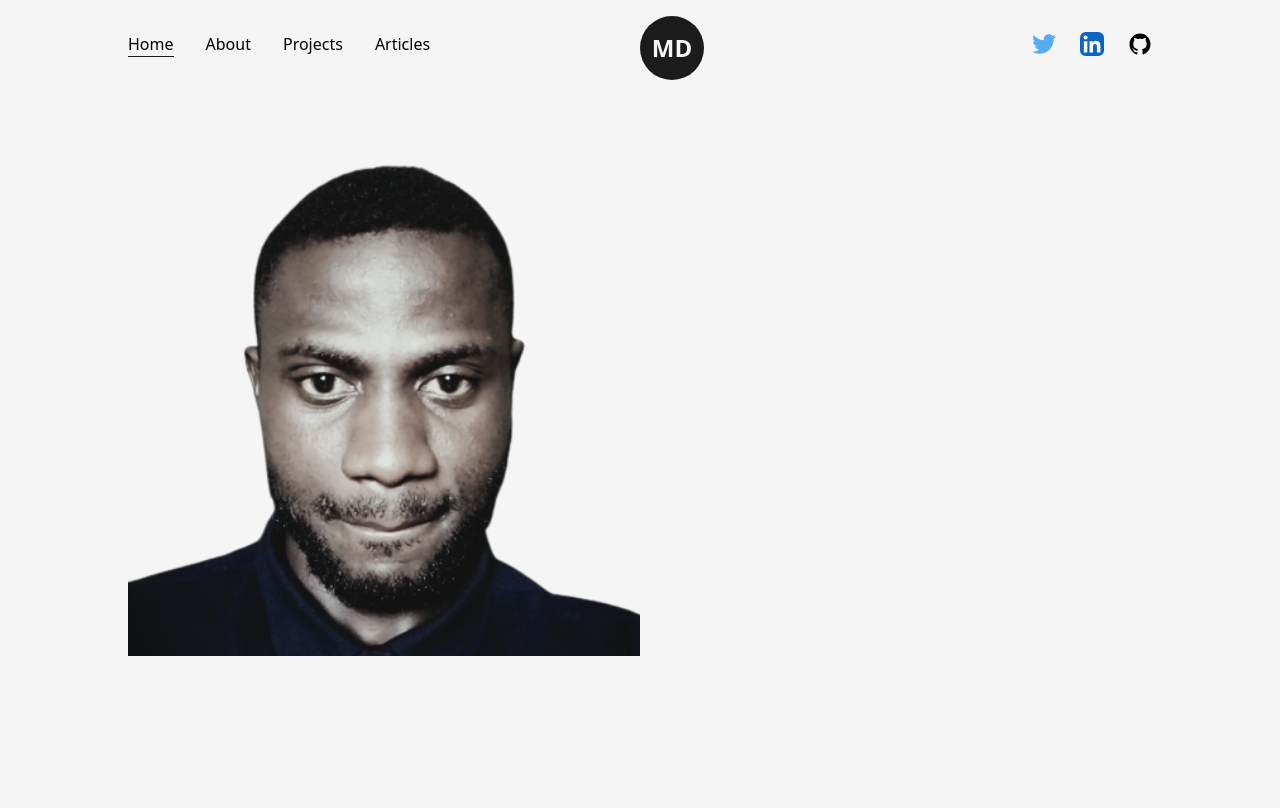
Repository: marcusdashe/situs
Page: /
These files come from the project's save history. The page is drawn as it stood at one moment and after the next save; the edit follows.
The browser window is 1280 px wide. The pictures show the whole page.
The project was rebuilt for these pictures with package versions that can differ from the ones it lists, and the page was loaded fresh each time. The framework's server and built-in components were replaced by stand-ins that run in the browser.

Above is the page before, as saved 2023-06-15 17:20:55.

### src/pages/_app.js
import Navbar from "@/components/Navbar";
import "@/styles/globals.css";
import Head from "next/head";
// import { IBM_Plex_Sans } from "next/font/google";

// const ibm = IBM_Plex_Sans({
//   subsets: ["latin"],
//   variable: "--font-mont",
// });

export default function App({ Component, pageProps }) {
  return (
    <>
      <Head>
        <meta name="viewport" content="width=device-width, initial-scale=1" />
        <link rel="icon" href="/favicon.ico" />
      </Head>
      <main className={`  bg-light w-full min-h-screen`}>
        <Navbar />
        <Component {...pageProps} />
      </main>
    </>
  );
}

### src/pages/index.js
import Head from "next/head";
import Image from "next/image";
import { Inter } from "next/font/google";
import Layout from "@/components/Layout";
import profilePic from "../../public/images/profile/developer-pic-4.png";

const inter = Inter({ subsets: ["latin"] });

export default function Home() {
  return (
    <>
      <Head>
        <title>Marcus Dashe | Portfolio</title>
        <meta name="description" content="Generated by create next app" />
      </Head>
      <main className="flex items-center text-dark w-full min-h-screen">
        <Layout className="pt-0">
          <div className=" w-full flex items-center justify-between">
            <div className="w-1/2">
              <Image
                src={profilePic}
                alt="Marcus Dashe"
                className="w-full h-auto"
              />
            </div>
          </div>
        </Layout>
      </main>
    </>
  );
}

### src/components/Navbar.jsx
import React from "react";
import { useRouter } from "next/router";
import Link from "next/link";
import Logo from "./Logo";
import { TwitterIcon, GithubIcon, LinkedInIcon } from "./Icons";
import { motion } from "framer-motion";

const CustomLink = ({ href, title, className = "" }) => {
  const router = useRouter();

  return (
    <Link href={href} className={`${className} relative group`}>
      {title}
      <span
        className={`h-[1px] inline-block bg-dark absolute left-0 -bottom-0.5 group-hover:w-full transition-[width] ease duration-300 ${
          router.asPath === href ? "w-full" : "w-0"
        }`}
      >
        &nbsp;
      </span>
    </Link>
  );
};

const Navbar = () => {
  return (
    <header
      className="w-full px-32 py-8 font-medium
            flex items-center justify-between"
    >
      <nav>
        <CustomLink href="/" title="Home" className="mr-4" />
        <CustomLink href="/about" title="About" className="mx-4" />
        <CustomLink href="/projects" title="Projects" className="mx-4" />
        <CustomLink href="/articles" title="Articles" className="ml-4" />
      </nav>

      <nav className="flex items-center justify-center flex-wrap">
        <motion.a
          href="https://www.twitter.com/marcusdashe"
          target={"_blank"}
          whileHover={{
            y: -2,
          }}
          whileTap={{ scale: 0.9 }}
          className="w-6 mx-3"
        >
          <TwitterIcon className="" />
        </motion.a>
        <motion.a
          href="https://www.linkedin.com/in/marcus-dashe-15a088202"
          target={"_blank"}
          whileHover={{
            y: -2,
          }}
          whileTap={{ scale: 0.9 }}
          className="w-6 mx-3"
        >
          <LinkedInIcon />
        </motion.a>
        <motion.a
          href="https://www.github.com/marcusdashe"
          target={"_blank"}
          whileHover={{
            y: -2,
          }}
          whileTap={{ scale: 0.9 }}
          className="w-6 ml-3"
        >
          <GithubIcon />
        </motion.a>
      </nav>
      <div className="absolute left-[50%] top-2 translate-x-[-50]">
        <Logo />
      </div>
    </header>
  );
};

export default Navbar;

### src/styles/globals.css
@import url("https://fonts.googleapis.com/css2?family=IBM+Plex+Sans:ital,wght@0,100;0,200;0,300;1,100;1,200&family=Inter:wght@300;400;500;600;700;800;900&display=swap");

@tailwind base;
@tailwind components;
@tailwind utilities;

### src/components/Layout.jsx
import React from "react";

const Layout = ({ children, className = "" }) => {
  return (
    <div className={`${className} w-full inline-block z-0 bg-light p-32  `}>
      {children}
    </div>
  );
};

export default Layout;

### src/components/Logo.jsx
"use client";

import React from "react";
import Link from "next/link";
import { motion } from "framer-motion";

const MotionLink = motion(Link);

const Logo = () => {
  return (
    <div className="flex items-center justify-center mt-2">
      <MotionLink
        href="/"
        className="w-16 h-16 bg-dark text-light flex items-center
        justify-center rounded-full text-2xl font-bold hover
      "
        whileHover={{
          scale: 1.5,
          backgroundColor: [
            "#121212",
            "rgba(131,58,180,1)",
            "rgba(253,29,29,1)",
            "rgba(252,176,69,1)",
            "rgba(131,58,180,1)",
            "#121212",
          ],
          transition: {
            duration: 1,
            repeat: Infinity,
          },
        }}
      >
        MD
      </MotionLink>
    </div>
  );
};

export default Logo;

Loaded but not shown: tailwind.config.js (27 lines, source omitted); src/components/Icons.jsx (463 lines, source omitted)

After the next save:
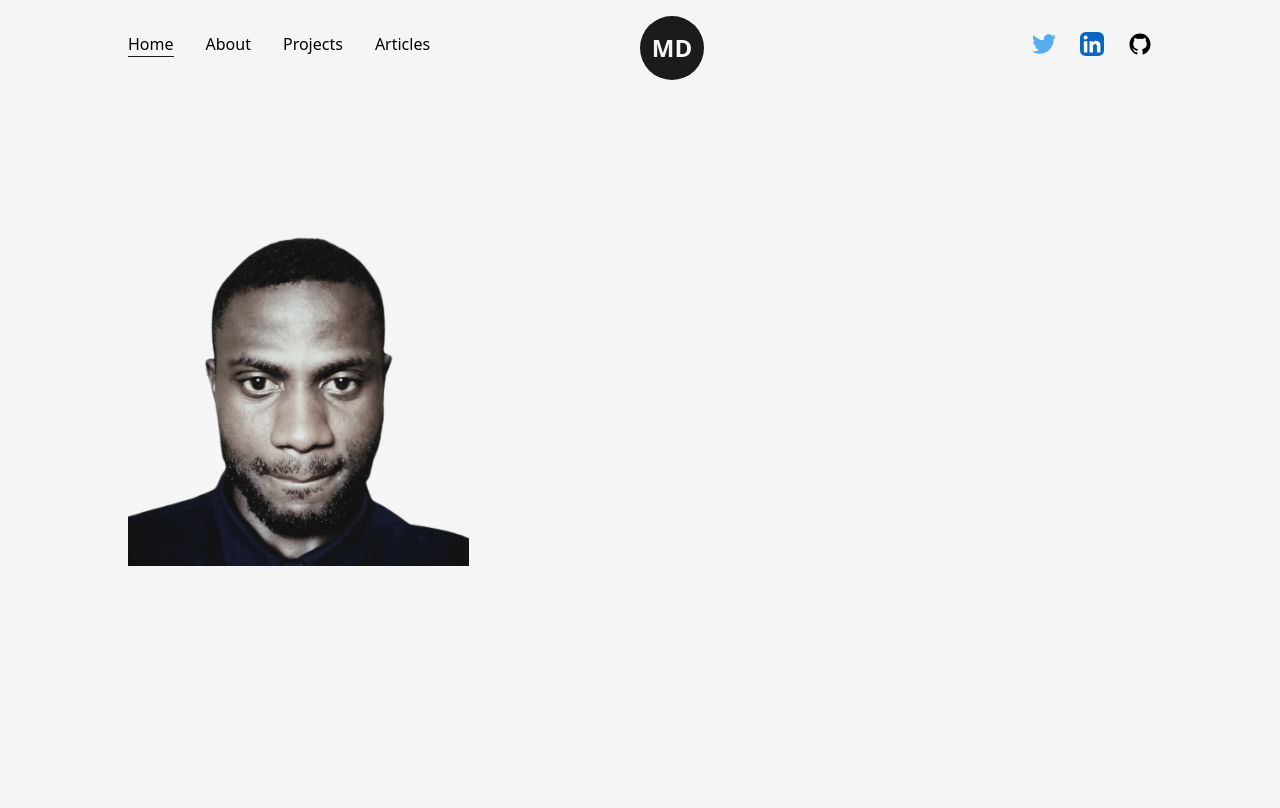
Saved 82 s later.
--- a/src/pages/index.js
+++ b/src/pages/index.js
@@ -16,7 +16,7 @@ export default function Home() {
       <main className="flex items-center text-dark w-full min-h-screen">
         <Layout className="pt-0">
           <div className=" w-full flex items-center justify-between">
-            <div className="w-1/2">
+            <div className="w-1/3">
               <Image
                 src={profilePic}
                 alt="Marcus Dashe"

After the save that followed:
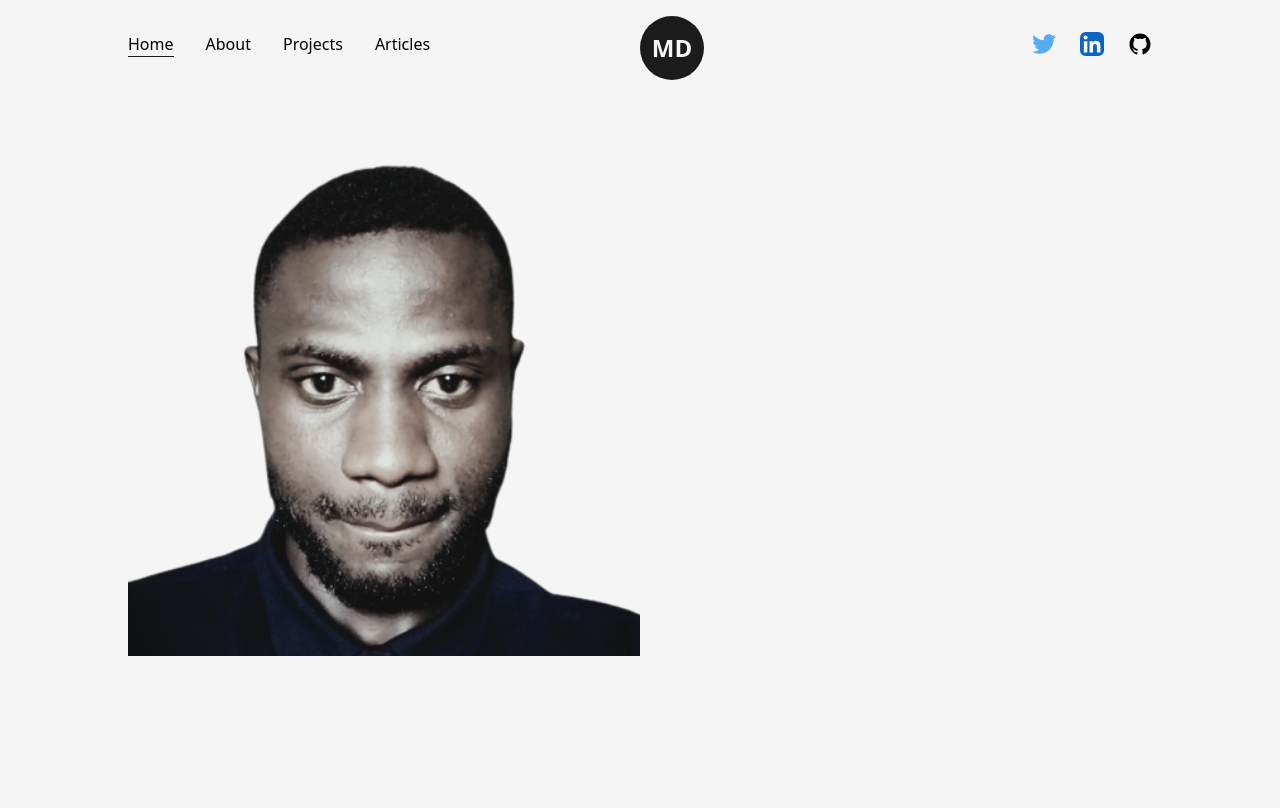
Saved 10 s later.
--- a/src/pages/index.js
+++ b/src/pages/index.js
@@ -16,7 +16,7 @@ export default function Home() {
       <main className="flex items-center text-dark w-full min-h-screen">
         <Layout className="pt-0">
           <div className=" w-full flex items-center justify-between">
-            <div className="w-1/3">
+            <div className="w-1/2">
               <Image
                 src={profilePic}
                 alt="Marcus Dashe"
